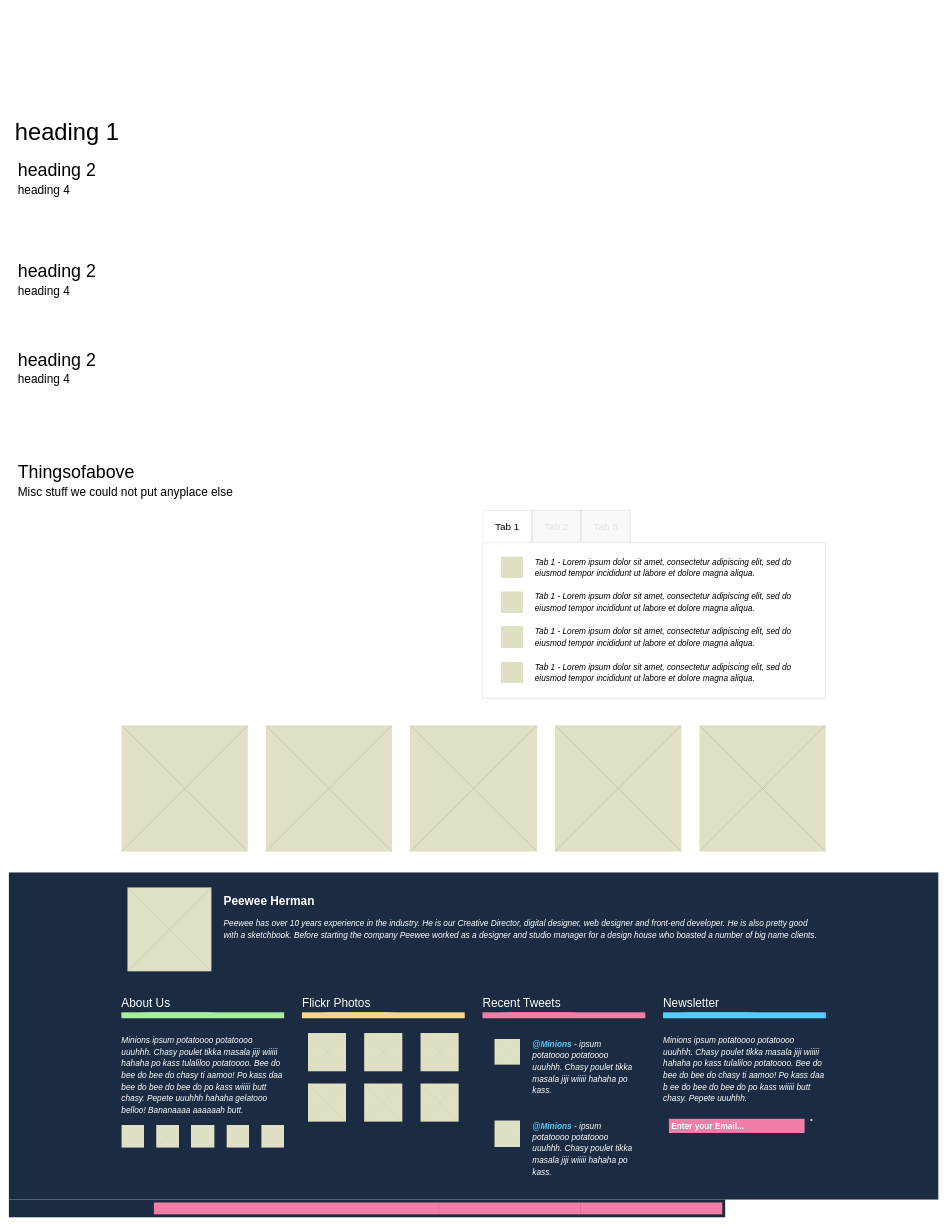
Repository: MonicaNguyenH/LAB-02A-Project1
Page: index.html
An editor plug-in stored every save of this project. The page is shown before and after the next save, followed by the edit.
The browser window is 1280 px wide. The pictures show the whole page, at 74% of full size.

Above is the page before, as saved 2024-02-08 18:14:23.

After the next save:
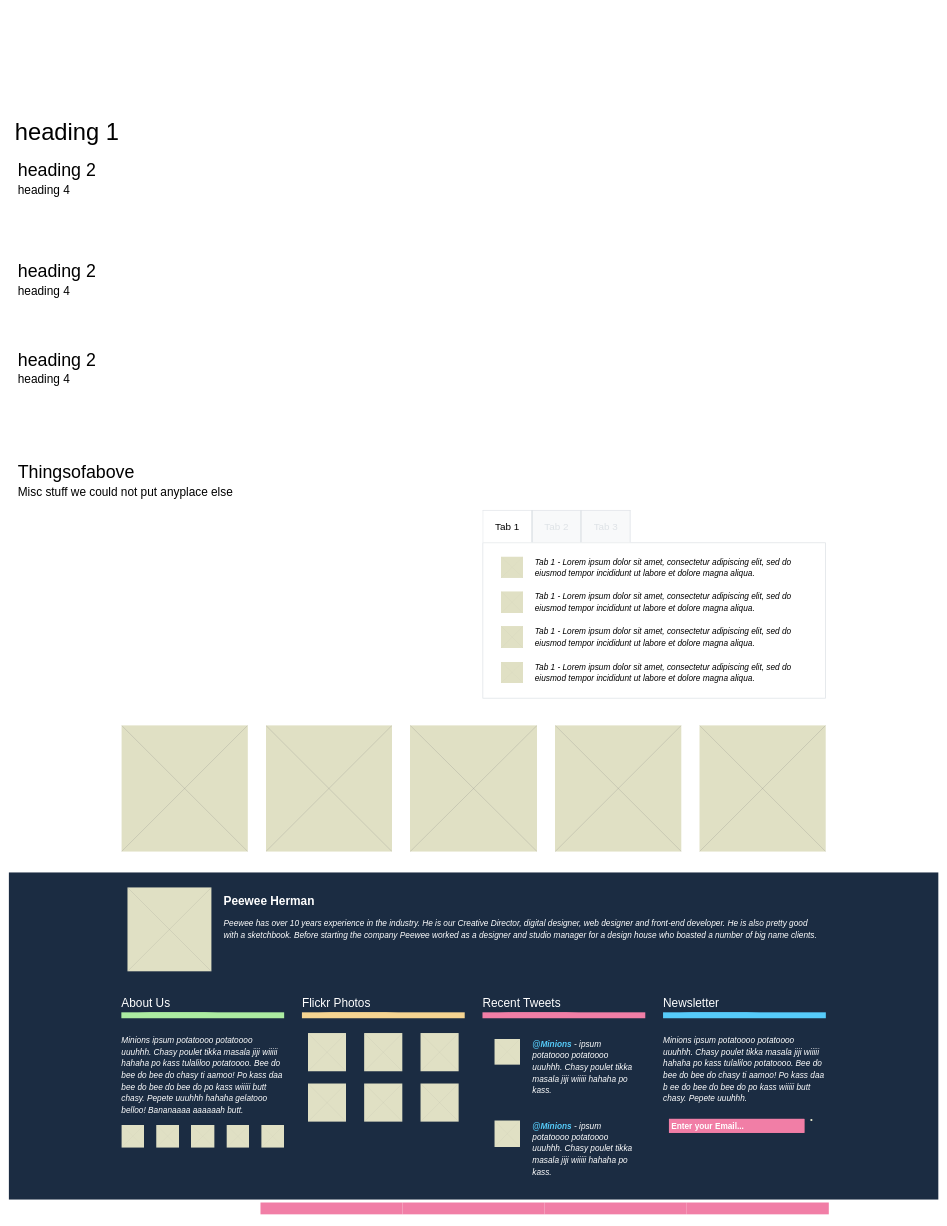
Saved 9 s later.
--- a/css/style.css
+++ b/css/style.css
@@ -317,7 +317,7 @@
 
 /********************** COLOR BLOCKS **********************/
 
-.colorContainer {
+.row .colorContainer {
     background-color: var(--dark-blue);
     margin: 0;
 }
